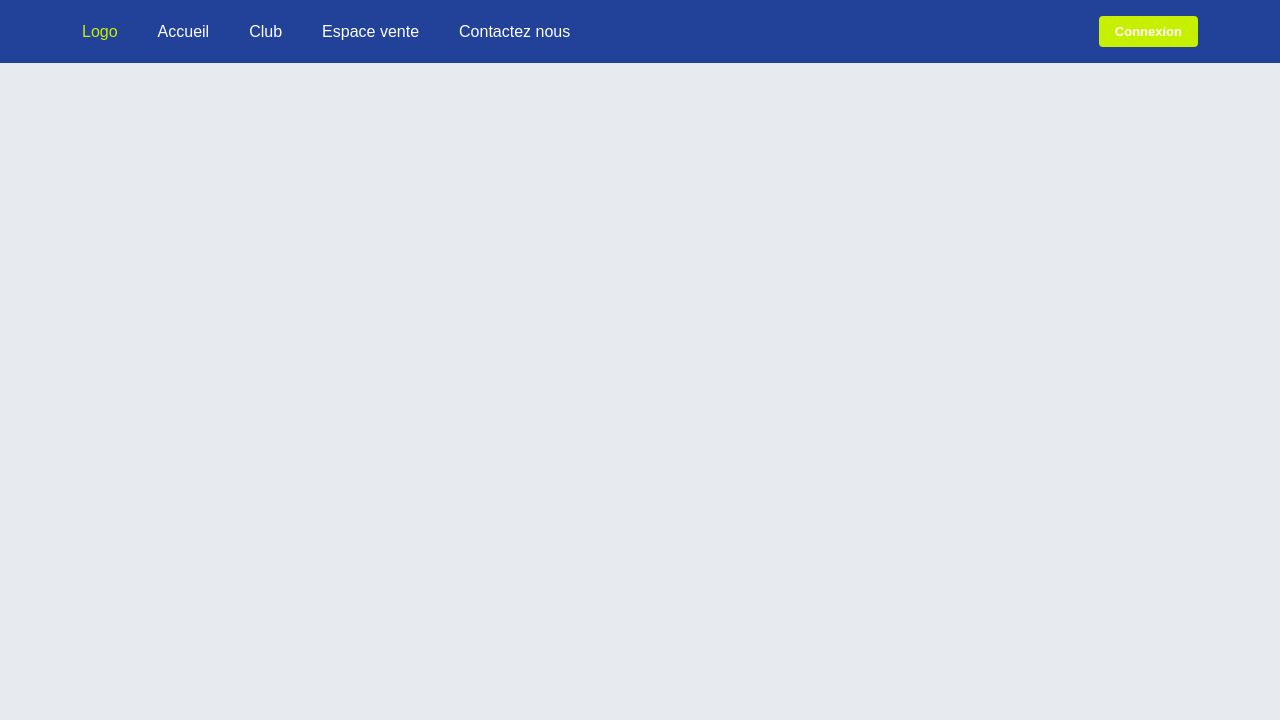
Repository: ZacZacovi4/projet_v2
Page: http://localhost/index.php?page=login
An editor plug-in stored every save of this project. The page is shown before and after the next save, followed by the edit.
The browser window is 1280 px wide. The pictures show the whole page.
The page is run by PHP 8.4 with error messages shown; the project is at /var/www/html/.

Above is the page before, as saved 2025-05-18 17:40:55.

After the next save:
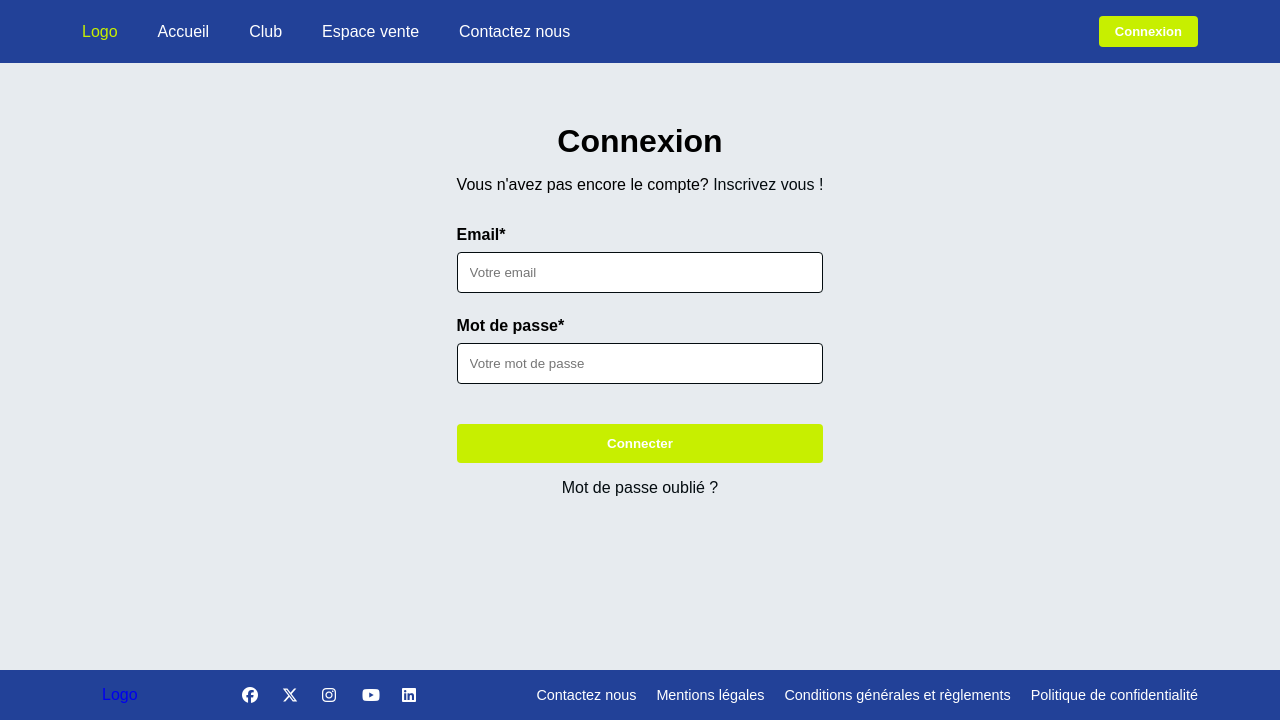
Console error: TypeError: Cannot set properties of null (setting 'onclick')
Saved 75 s later.
--- a/model/user/login.php
+++ b/model/user/login.php
@@ -4,17 +4,20 @@ if ($_SERVER['REQUEST_METHOD'] == 'POST') {
     $email = $_POST['email'];
     $password = $_POST['password'];
 
-     $stmt = $db->prepare("SELECT user_id, user_password, role_id FROM users WHERE user_email=:email");
+    $stmt = $db->prepare("SELECT user_id, user_password, role_id FROM users WHERE user_email=:email");
     // Vérifie le mail donné $_post["admin_mail"] avec celui de la BDD ":admin_mail"
     $stmt->bindValue(":email", $email);
     $stmt->execute();
     $user = $stmt->fetch(PDO::FETCH_ASSOC);
 
-    if($user && password_verify($password, $user["user_password"])) {
+    if ($user && password_verify($password, $user["user_password"])) {
         session_start();
         $_SESSION["user"] = [
             "id" => $user["user_id"],
-            "role"=> $user["role_id"],
+            "role" => $user["role_id"],
         ];
         redirect("index.php?page=home");
     } else {
+        echo "Identifiant ou mot de passe incorrect";
+    }
+}
